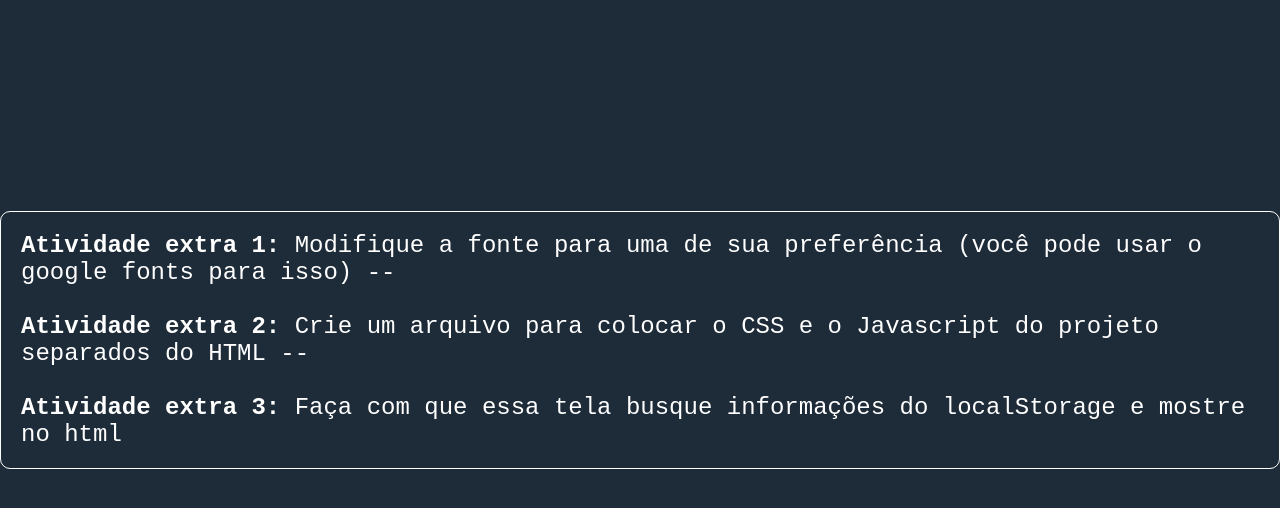
Repository: Gabrielb0rn/login-redes
Page: desafio-extra.html
An editor plug-in stored every save of this project. The page is shown before and after the next save, followed by the edit.
The browser window is 1280 px wide. The pictures show the whole page.

Above is the page before, as saved 2024-09-11 12:00:16.

After the next save:
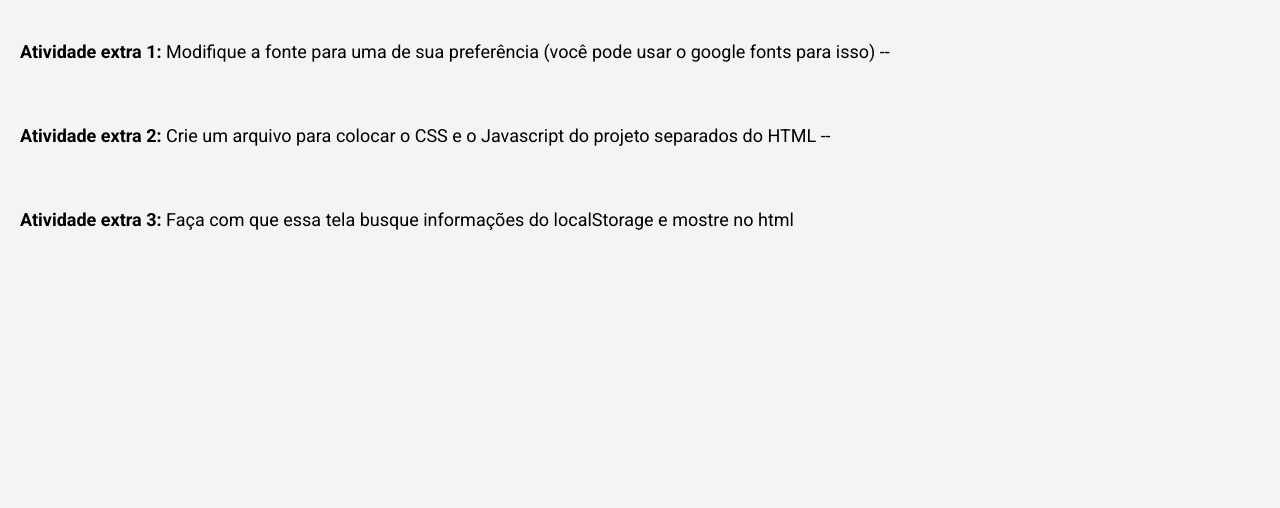
Saved 5 s later.
--- a/assets/extra.css
+++ b/assets/extra.css
@@ -1,56 +1,18 @@
-* {
-    margin: 0;
-    font-size: 24px;
+body {
+  font-family: 'Roboto', sans-serif;
+  background-color: #f4f4f4;
+  margin: 0;
+  padding: 20px;
 }
 
-body{
-    font-family: 'Courier New', Courier, monospace;
-}
-
-.center-page {
-    display: flex;
-    justify-content: center;
-    align-items: center;
-    height: 100vh;
-    background-color: #1e2b38;
-    color: #fff;
-}
-
-input {
-    background-color: #17212B;
-    border: 1px solid #1e2b38;
-    color: #fff;
-    padding: 7px;
-    border-radius: 5px;
-}
-
-button {
-    background-color: #fff;
-    padding: 7px;
-    border-radius: 50px;
-    color: #000;
-    border: 1px solid #444;
-    width: 100px;
-    cursor: pointer;
-}
-
-.btn-transparent {
-  background-color: #ffffff00;
-  color: #FFF;
-  border: none;
-  font-weight: 600;
-}
-.center {
+.container-betwen {
   display: flex;
   justify-content: center;
   align-items: center;
+  flex-direction: column;
 }
-.containter-betwen {
-  display: flex;
-  align-items: flex-end;
-  margin-bottom: 40px;
-  justify-content: space-between;
-  padding: 20px;
-  border-radius: 10px;
-  border: 1px solid #fff;
+
+p {
+  font-size: 18px;
+  line-height: 1.6;
 }

After the save that followed:
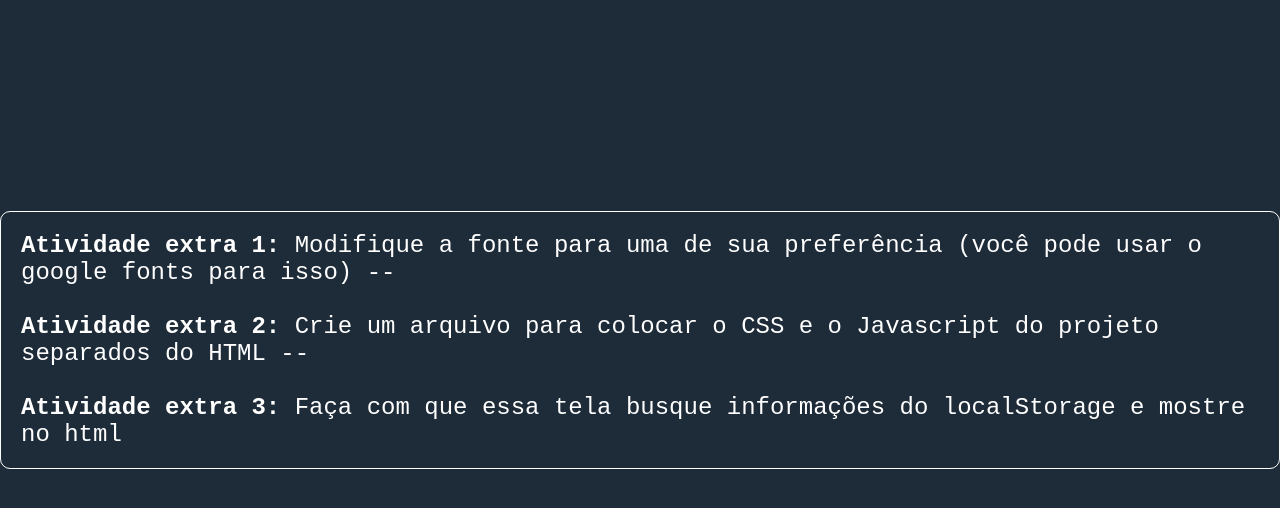
Saved 32 s later.
--- a/assets/extra.css
+++ b/assets/extra.css
@@ -1,18 +1,56 @@
-body {
-  font-family: 'Roboto', sans-serif;
-  background-color: #f4f4f4;
-  margin: 0;
-  padding: 20px;
+* {
+    margin: 0;
+    font-size: 24px;
 }
 
-.container-betwen {
+body{
+    font-family: 'Courier New', Courier, monospace;
+}
+
+.center-page {
+    display: flex;
+    justify-content: center;
+    align-items: center;
+    height: 100vh;
+    background-color: #1e2b38;
+    color: #fff;
+}
+
+input {
+    background-color: #17212B;
+    border: 1px solid #1e2b38;
+    color: #fff;
+    padding: 7px;
+    border-radius: 5px;
+}
+
+button {
+    background-color: #fff;
+    padding: 7px;
+    border-radius: 50px;
+    color: #000;
+    border: 1px solid #444;
+    width: 100px;
+    cursor: pointer;
+}
+
+.btn-transparent {
+  background-color: #ffffff00;
+  color: #FFF;
+  border: none;
+  font-weight: 600;
+}
+.center {
   display: flex;
   justify-content: center;
   align-items: center;
-  flex-direction: column;
 }
-
-p {
-  font-size: 18px;
-  line-height: 1.6;
+.containter-betwen {
+  display: flex;
+  align-items: flex-end;
+  margin-bottom: 40px;
+  justify-content: space-between;
+  padding: 20px;
+  border-radius: 10px;
+  border: 1px solid #fff;
 }
